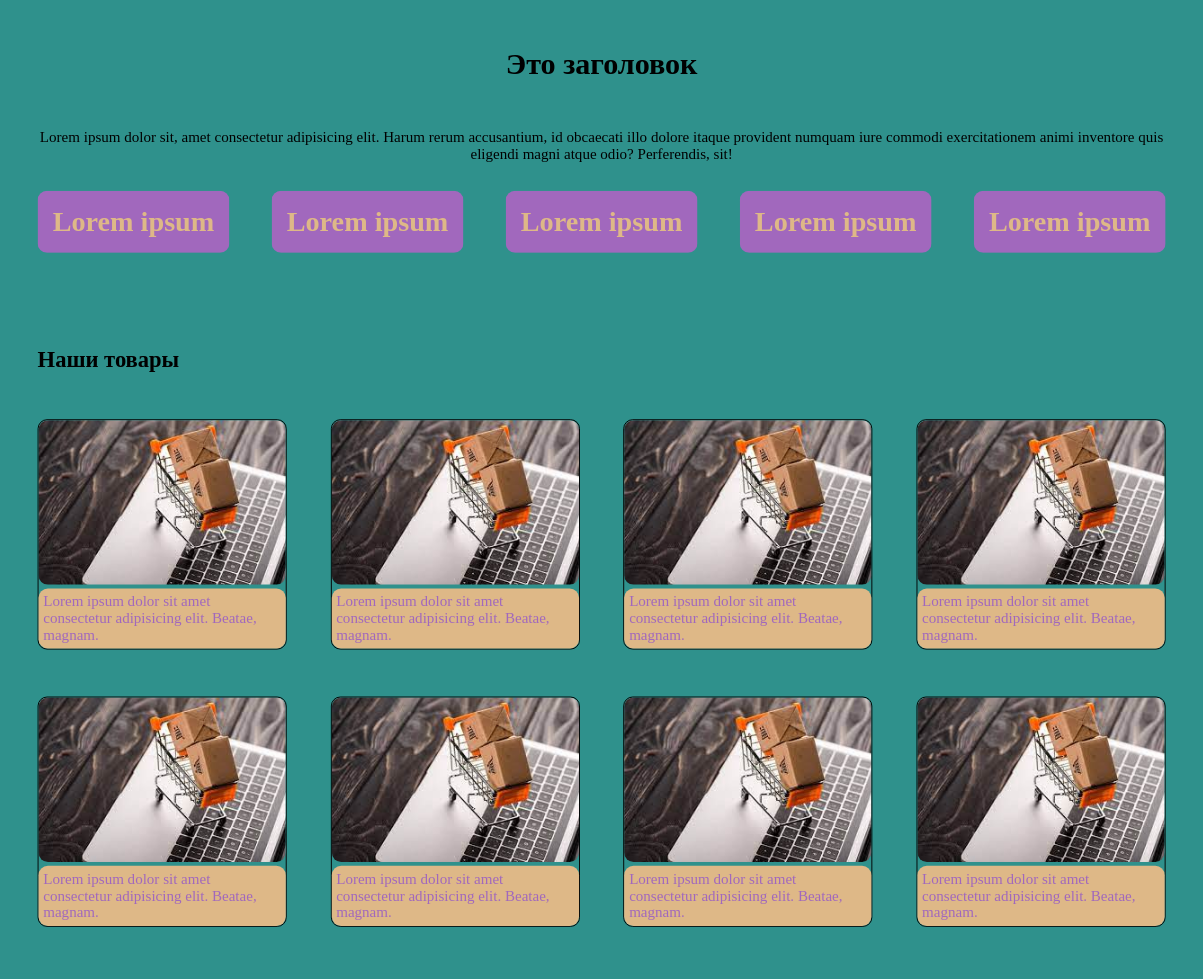
Repository: annamsklv/web
Page: seminar2_26.01/index.html
An editor plug-in stored every save of this project. The page is shown before and after the next save, followed by the edit.
The browser window is 1280 px wide. The pictures show the whole page, at 94% of full size.
Some web fonts or font styles are not loaded; a fallback is used.

Above is the page before, as saved 2023-02-01 18:45:55.

After the next save:
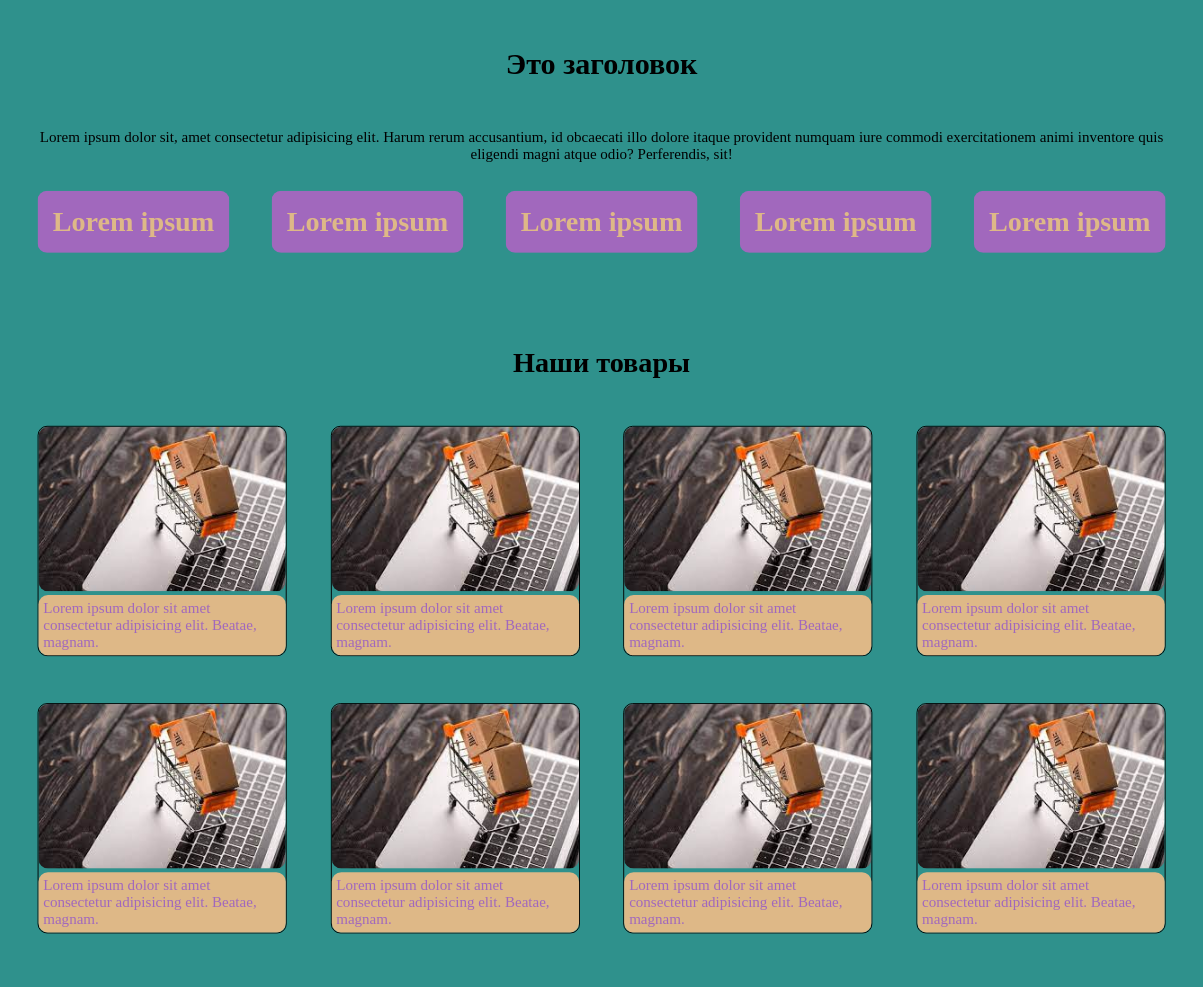
Saved 37 s later.
--- a/seminar2_26.01/index.html
+++ b/seminar2_26.01/index.html
@@ -32,7 +32,7 @@
 
     <div class="content">
         <div class="container">
-            <h2 xlass="subtitle">Наши товары</h2>
+            <h2 class="subtitle">Наши товары</h2>
         <div class="item-box">
             <div class="item">
                 <img class="item-pic" src="img/product.jpeg" alt="product">
